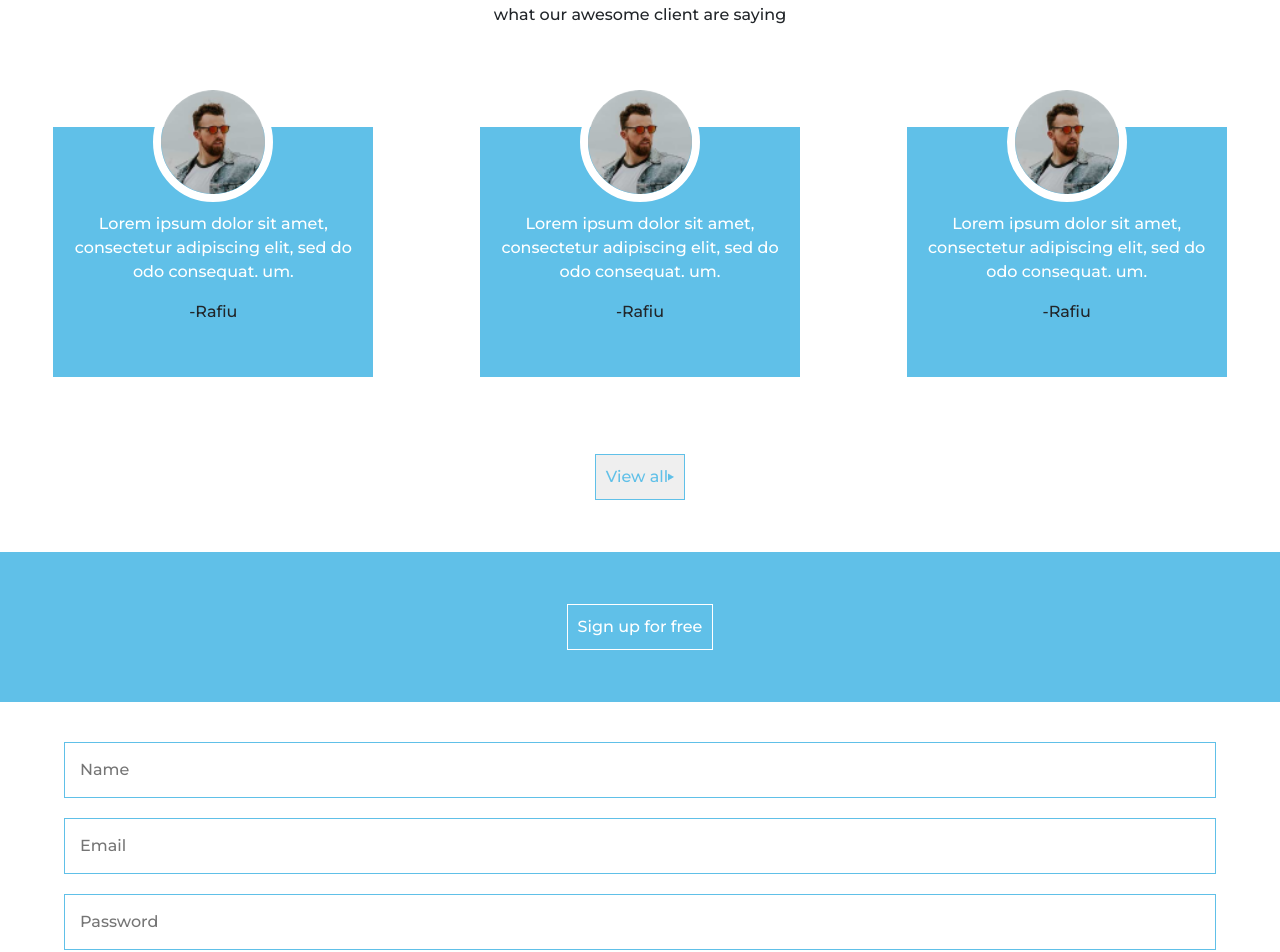
Repository: TiaraOluwanimi/team5
Page: tutor.html
The author's editor kept a copy of each file at every save. The page is drawn from the files as they stood at one save, then again after a run of saves.
The browser window is 1280 px wide. The pictures show the part of the page from y = 1936 to 2888 px (the page is 3256 px tall).
A picture or video elsewhere on the page could not be fetched, so the positions and the page height are approximate. Some web libraries are served in a nearby version.

Above is the page before, as saved 2020-08-08 12:09:03.

### tutor.html
<!DOCTYPE html>
<html lang="zxx">
  <head>
    <meta charset="UTF-8" />
    <meta name="viewport" content="width=device-width, initial-scale=1.0" />
    <title>Online Tutoring</title>
    <!-- Custom Css -->
    <link rel="stylesheet" href="./assets/css/header-footer.css" />
    <link rel="stylesheet" href="./assets/css/tutor.css" />
    <link rel="stylesheet" href="./assets/css/testimonial.css" />
    <!-- Favicon -->

    <!---------------------- CDNs----------------- -->
    <!-- Bootstrap CSS CDN -->
    <link
      rel="stylesheet"
      href="https://maxcdn.bootstrapcdn.com/bootstrap/4.0.0/css/bootstrap.min.css"
      integrity="sha384-Gn5384xqQ1aoWXA+058RXPxPg6fy4IWvTNh0E263XmFcJlSAwiGgFAW/dAiS6JXm"
      crossorigin="anonymous"
    />
    <!-- fontawesome CDN -->
    <!-- Google Font -->
    <link href="https://fonts.googleapis.com/css2?family=Montserrat:wght@500;600&display=swap" rel="stylesheet">
    <!-- Font Awesome -->
    <script src="https://kit.fontawesome.com/0f19ba4771.js" crossorigin="anonymous"></script>

</head>

<body>
    <!-- Welcome to this online tutoring website. 😊 -->
    <!--  Header  -->
    <nav class="nav1">
      <a href="#"><img src="./assets/img/logo.png" alt="" /></a>
      <div class="nav1div1">
        <img
          class="searchicon"
          onclick="displaySearchBar()"
          src="./assets/img/search.png"
          alt=""
        />
        <button class="nav1butt1">Log in</button>
        <button class="nav1butt2">Join for free</button>
      </div>
      <div class="nav1div2 display">
        <input
          class="searchbar"
          type="text"
          placeholder="Enter Text here"

        />
      </div>
    </nav>

    <!-- Landing Page -->
    <div class="div1">
        <img class="div1img1" src="./assets/img/hero-img.png" alt="">
        <div class="div1div1">
            <i class="fas fa-play-circle fa-2x div1img2"></i>
            &nbsp;&nbsp;&nbsp;
            <h3 class="div1hh1">TAKE A TOUR</h3>
        </div>
    </div>

    <div class="div2">
        <h1 class="div2hh1">
            LEARN ALL YOU WANT, AT YOUR OWN
            <span class="div2hh2">PACE.</span>
        </h1>
        <h4 class="div2hh3">
            Lorem ipsum dolor sit amet, consectetur
            adipiscing elit, sed do eiusmod tempor
            incididunt ut labore et dolore magna
            aliqua. Ut enim ad minim veniam, quis
            nostrud exercitation ullamco laboris nisi
            ut aliquip ex ea commodo consequat.
        </h4>
        <div class="div2div1">
            <button class="div2butt1">Get Started</button>
        </div>
    </div>
    <!-- join us section -->
    <section id="join-us" class="py-5" style="position: relative;">
        <div style="position: absolute; right: 0px; top:-10px;">
          <img src="./assets/img/Ellipse13.png" alt="" class="img-fluid" >
        </div>
        <div class="container">
          <div class="row">
            <div class="col-12 mx-auto text-center">
              <h4 class="mx-auto sec-head">
                <span><strong>Join Us</strong></span>
              </h4>
              <p>
                Join us for free classes taught by experts. And explore hundreds
                of free online classes.
              </p>
            </div>
            <div class="row py-3">
                <div class="col-md-4 text-center my-3">
                  <div class="box-shadow py-3">
                    <img
                      src="./assets/img/course.png"
                      alt=""
                      class="join-img img-fluid rounded-circle w-50"
                    />
                    <h4 class="my-5"><strong>Choose a Course</strong></h4>
                  </div>
                </div>
                <div class="col-md-4 text-center my-3">
                  <div class="box-shadow py-3">
                    <img
                      src="./assets/img/skillset.png"
                      alt=""
                      class="join-img img-fluid rounded-circle w-50"
                    />
                    <h4 class="my-5"><strong>Grow your skillset</strong></h4>
                  </div>
                </div>
                <div class="col-md-4 text-center my-3">
                  <div class="box-shadow py-3">
                    <img
                      src="./assets/img/mentorship.png"
                      alt=""
                      class="join-img img-fluid rounded-circle w-50"
                    />
                    <h4 class="my-5"><strong>Meet a mentor</strong></h4>
                  </div>
                </div>
                <button
                  class="btn btn-lg btn-outline-primary py-3 px-5 rounded-0 mx-auto"
                >
                  View All
                </button>
              </div>
            </div>
        </div>
          </section>

    <!-- service section -->
    <section id="services" class="py-5" style="position: relative;">
      <div style="position: absolute; left: 0px; top: -30px;">
        <img src="./assets/img/Ellipse10.png" alt="" />
      </div>
      <div
        style="position: absolute; right: 0px; top: 30%; transform: scale(-1);"
      >
        <img src="./assets/img/Ellipse10.png" alt="" />
      </div>
      <div class="container">
        <div class="row">
          <div class="col-12 mx-auto text-center">
            <h4 class="mx-auto sec-head">
              <span><strong>Services</strong></span>
            </h4>
            <p>
              Helping over 5,000 students reach their ultimate goals with our
              special packages.
            </p>
          </div>
        </div>
        <div class="row p-3">
          <div class="col-md-4 text-center py-3">
            <h4><strong>Get help, FAST</strong></h4>
            <img
              src="./assets/img/hourglass1.png"
              alt=""
              class="img-fluid w-25 my-3"
            />
            <p class="my-3" style="font-size: 14px;">
              Lorem ipsum dolor sit amet, consectetur adipiscing elit, sed do
              eiusmod tempor incididunt ut labore et dolore magna aliqua. Ut
              enim ad minim veniam, quis nostrud exercitation ullamco laboris
              nisi ut aliquip ex ea commodo consequat. um.
            </p>
            <h6 class="border py-3 px-1 mx-3 border-primary">
              Learn More <i></i>
            </h6>
          </div>
          <div class="col-md-4 text-center py-3">
            <h4><strong>Personalised tutoring</strong></h4>
            <img
              src="./assets/img/teacher1.png"
              alt=""
              class="img-fluid w-25 my-3"
            />
            <p class="my-3" style="font-size: 14px;">
              Lorem ipsum dolor sit amet, consectetur adipiscing elit, sed do
              eiusmod tempor incididunt ut labore et dolore magna aliqua. Ut
              enim ad minim veniam, quis nostrud exercitation ullamco laboris
              nisi ut aliquip ex ea commodo consequat. um.
            </p>
            <h6 class="border py-3 px-1 mx-3 border-primary">
              Learn More <i></i>
            </h6>
          </div>
          <div class="col-md-4 text-center py-3">
            <h4><strong>80+ Courses</strong></h4>
            <img
              src="./assets/img/test1.png"
              alt=""
              class="img-fluid w-25 my-3"
            />
            <p class="my-3" style="font-size: 14px;">
              Lorem ipsum dolor sit amet, consectetur adipiscing elit, sed do
              eiusmod tempor incididunt ut labore et dolore magna aliqua. Ut
              enim ad minim veniam, quis nostrud exercitation ullamco laboris
              nisi ut aliquip ex ea commodo consequat. um.
            </p>
            <h6 class="border py-3 px-1 mx-3 mx-lg-1 border-primary">
              Learn More <i></i>
            </h6>
          </div>
        </div>
      </div>
    </section>
    <!-- Testimonial section -->
    <section>
      <div>
        <div class="testimonial-heading">
          <div>
            <h4 class="mx-auto sec-head">
              <span><strong>Testimonials</strong></span>
            </h4>
          </div>
          <p>what our awesome client are saying</p>
        </div>
        <div  id="testimonial-details">
          <div class="testimonial-card col-3">
            <img src="./assets/img/Ellipse7.png" alt="">
            <div class="testimonial-statement">
              <p>Lorem ipsum dolor sit amet, consectetur adipiscing elit, sed do odo consequat. um.</p>
            </div>
            <p>-Rafiu</p>
          </div>
          <div class="testimonial-card col-3">
            <img src="./assets/img/Ellipse7.png" alt="">
            <div class="testimonial-statement">
              <p>Lorem ipsum dolor sit amet, consectetur adipiscing elit, sed do odo consequat. um.</p>
            </div>
            <p>-Rafiu</p>
          </div>
          <div class="testimonial-card col-3">
            <img src="./assets/img/Ellipse7.png" alt="">
            <div class="testimonial-statement">
              <p>Lorem ipsum dolor sit amet, consectetur adipiscing elit, sed do odo consequat. um.</p>
            </div>
            <p>-Rafiu</p>
          </div>

        </div>
        <div id="view-all-button">

          <button>View all<img src="./assets/img/polygonImg.png" alt="A play "/></button>
        </div>

        <div id="sign-button">

          <button>Sign up for free</button>
        </div>
        <div class="testimonial-container">
          <form >
            <input type="text" placeholder="Name">
            <input type="email" placeholder="Email">
            <input type="password" placeholder="Password">
            <button>Get Started</button>
          </form>
        </div>
      </div>
    </section>
    <!--  Footer  -->
    <footer class="footer1">
      <div class="footer1div1">
        <img class="footer1img1" src="./assets/img/logo.png" alt="" />
        <h5 class="footer1hh1">Learn</h5>
      </div>

      <div class="footer1div2">
        <div class="footer1div3">
          <h4 class="footer1hh2">Learn</h4>
          <a href="" class="footer1link1"
            ><h5 class="footer1hh3">courses</h5></a
          >
          <a href="" class="footer1link1"
            ><h5 class="footer1hh3">Early Access courses</h5></a
          >
          <a href="" class="footer1link1"
            ><h5 class="footer1hh3">Edpresso</h5></a
          >
          <a href="" class="footer1link1"
            ><h5 class="footer1hh3">Subscriptions</h5></a
          >
        </div>
        <div class="footer1div4">
          <h4 class="footer1hh2">Scholarship</h4>
          <a href="" class="footer1link1"
            ><h5 class="footer1hh3">for students</h5></a
          >
          <a href="" class="footer1link1"
            ><h5 class="footer1hh3">for educators</h5></a
          >
          <a href="" class="footer1link1"
            ><h5 class="footer1hh3">COVID scholarship</h5></a
          >
        </div>
        <div class="footer1div5">
          <h4 class="footer1hh2">Conribute</h4>
          <a href="" class="footer1link1"
            ><h5 class="footer1hh3">Become an author</h5></a
          >
          <a href="" class="footer1link1"
            ><h5 class="footer1hh3">published author</h5></a
          >
          <a href="" class="footer1link1"
            ><h5 class="footer1hh3">Become an affiliate</h5></a
          >
        </div>
      </div>

      <div class="footer1div6">
        <h4 class="footer1hh2 redd">Socials</h4>
        <a href="#"><img src="./assets/img/whatsapp.png" alt="" /></a>
        <a href="#"><img src="./assets/img/instagram.png" alt="" /></a>
      </div>

      <h4 class="footer1hh4">
        copyright 2020 Learn, inc. All rights reserved
      </h4>
    </footer>

    <!---------------------- CDNs----------------- -->
    <!-- jQuery CDN -->
    <script
      src="https://code.jquery.com/jquery-3.2.1.slim.min.js"
      integrity="sha384-KJ3o2DKtIkvYIK3UENzmM7KCkRr/rE9/Qpg6aAZGJwFDMVNA/GpGFF93hXpG5KkN"
      crossorigin="anonymous"
    ></script>
    <!-- ajax CDN -->
    <script
      src="https://cdnjs.cloudflare.com/ajax/libs/popper.js/1.12.9/umd/popper.min.js"
      integrity="sha384-ApNbgh9B+Y1QKtv3Rn7W3mgPxhU9K/ScQsAP7hUibX39j7fakFPskvXusvfa0b4Q"
      crossorigin="anonymous"
    ></script>
    <!-- BootstrapJS CDN -->
    <script
      src="https://maxcdn.bootstrapcdn.com/bootstrap/4.0.0/js/bootstrap.min.js"
      integrity="sha384-JZR6Spejh4U02d8jOt6vLEHfe/JQGiRRSQQxSfFWpi1MquVdAyjUar5+76PVCmYl"
      crossorigin="anonymous"
    ></script>
    <!-- Custom Javascript Links -->
    <script src="./assets/js/tutor.js"></script>
  </body>
</html>

### assets/css/header-footer.css

/*  Header Navbar */
body{
  margin: 0;
}
.nav1{
   margin: 10px;
}
.nav1div1{
    display: inline;
    float: right;
}
.nav1butt1{
    color: #212121;
    border-color: #212121;
    border-width: 1px;
    background-color: #FFFFFF;
    padding: 7px 7px;
    font-family: 'Montserrat', sans-serif;
    font-weight: 500;
    outline: none;
    margin-left: 35px;
}
.nav1butt2{
    color: #FFFFFF;
    border-color: #60C0E8;
    border: none;
    background-color: #60C0E8;
    padding: 8px 7px;
    font-family: 'Montserrat', sans-serif;
    font-weight: 500;
    outline: none;
    margin-left: 8px;
}
.nav1butt1:hover{
    background-color: #f0f0f0;
      cursor: pointer;
}
.nav1butt2:hover{
    background-color: #60adce;
    cursor: pointer;
}
.searchicon:hover{
    cursor: pointer;
}
.nav1div2{
    text-align: center;
    width: 100%;
    margin-top: 10px;
}
.searchbar{
    width: 60%;
    font-family: 'Montserrat', sans-serif;
    outline: none;
    border-radius: 10px;
    padding: 10px;
    border-width: 1px;
}
.footer1link1{
    text-decoration: none;
}
.display{
    display: none;
}



/*  Footer  */
.footer1{
    padding: 10px;
    background-color: #F5F5F5;
}
.footer1div1{
    text-align: center;
}
.footer1hh1{
    margin-top: 0px;
    font-family: 'Montserrat', sans-serif;
    color: #60C0E8;
    font-weight: 600;
}
.footer1div2{
    display: flex;
    flex-direction:row;
    justify-content: space-evenly;
}
.footer1hh2{
    font-family: 'Montserrat', sans-serif;
    color: #60C0E8;
    font-weight: 600;
}
.footer1hh3{
    font-family: 'Montserrat', sans-serif;
    color: #212121;
    font-weight: normal;
}
.footer1div6{
    text-align: center;
    margin-top: -50px;
}
.redd{
    margin-bottom: 5px;
}
.footer1hh4{
    text-align: center;
    font-family: 'Montserrat', sans-serif;
    color: #212121;
    font-style: normal;
    font-weight: 500;
}

/* Footer Media Queries */
@media only screen and (max-width: 399px) {
    .footer1div2{
        flex-direction: column;
        align-items: center;
    }
    .footer1div6{
        text-align: center;
        margin-top: -10px;
    }
}

### assets/css/tutor.css
* {
  font-family: "Montserrat", sans-serif;
}
.div1 {
  margin: 10px;
  text-align: center;
}
.div1div1 {
  width: 100%;
  display: flex;
  justify-content: center;
  background-color: #60c0e8;
  margin-top: -5px;
}
.div1img1 {
  width: 100%;
  height: 350px;
}
.div1img2 {
  padding-top: 15px;
  color: #ffffff;
}
.div1div1:hover {
  background-color: #60adce;
  cursor: pointer;
}
.div1hh1 {
  font-family: "Montserrat", sans-serif;
  font-weight: 600;
  color: #ffffff;
}

.div2 {
  margin: 10px;
}
.div2hh1 {
  font-family: "Montserrat", sans-serif;
  text-align: center;
  color: #3a3a3a;
  font-weight: bold;
}
.div2hh2 {
  color: #60c0e8;
}
.div2hh3 {
  font-family: "Montserrat", sans-serif;
  text-align: center;
  color: #000000;
  font-weight: 500;
}
.div2div1 {
  text-align: center;
}
.div2butt1 {
  background-color: #60c0e8;
  font-weight: 500;
  color: #ffffff;
  border: none;
  outline: none;
  padding: 15px 30px;
  font-size: large;
}
.div2butt1:hover {
  background-color: #60adce;
  cursor: pointer;
}

/* this handles the line in each section heading  */
.sec-head {
  width: 30%;
  text-align: center;
  border-bottom: 2px solid #000;
  line-height: 0.1em;
  margin: 10px 0 20px;
}
.sec-head span {
  background: #fff;
  padding: 0 10px;
}
/* join us images border */
.join-img {
  border: 5px solid #60c0e8 !important;
}
/* box shadow */
.box-shadow {
  box-shadow: 0px 5px 30px 0.5px #e6e6e6;
}
.box-shadow:hover {
  box-shadow: 0px 5px 30px 5px #c7c7c7;
}

@media screen and (max-width: 320px) {
  .sec-head {
    width: 70%;
  }
}

### assets/css/testimonial.css
.testimonial-heading{
    text-align:center;
    margin-bottom: 50px;;
}
.testimonial-card{
    text-align: center;
    height:250px;
    width:500px;
    padding:15px;
    position: relative;
    background-color: #60C0E8;
    margin: 50px 20px 25px;


}
.testimonial-card img{
    margin-top:-60px;

    width:120px;
    border: 8px solid white;
    border-radius: 100%;

}
.testimonial-statement{
    color:#fff;
    margin:10px 0;
}
#testimonial-details{
    display:flex;
    justify-content: space-around;
    flex-wrap:nowrap;
    overflow-x: scroll;
}
.testimonial-container{
    width:90%;
    margin:0 auto;
    overflow: hidden;
}

#sign-button{
    background: #60C0E8;
    width:100%;
    height:150px;
    display: flex;
    align-items: center;
    justify-content: center;
}
#sign-button button{
    background:#60C0E8;
    color:#fff;
    padding:10px;
    border:1px solid #fff;
    transition: ease 1s;
}
#sign-button button:hover{
    background:#fff;
    color:#60C0E8;
  ;
}
#view-all-button{

    width:100%;
    height:150px;
    display: flex;
    align-items: center;
    justify-content: center;
}
#view-all-button button{

    color:#60C0E8;
    padding:10px;
    border:1px solid #60C0E8;
    transition: ease 1s;
}
#view-all-button button:hover{
    background:#fff;
    color:#60C0E8;
  ;
}
form{
    box-sizing: border-box;
    margin:30px 0;
}
form input{
    width:100%;
    margin:10px 0;
    padding:15px;
    border: 1px solid #60C0E8;
    box-sizing: border-box;
}

form button{
    width:200px;
    margin: 0 auto;
    background: #60C0E8;
    color:#fff;
    padding:10px;
    border:none;
}

### assets/js/tutor.js

function displaySearchBar(){
    document.querySelector(".nav1div2").classList.toggle("display");
}

After the next 2 saves:
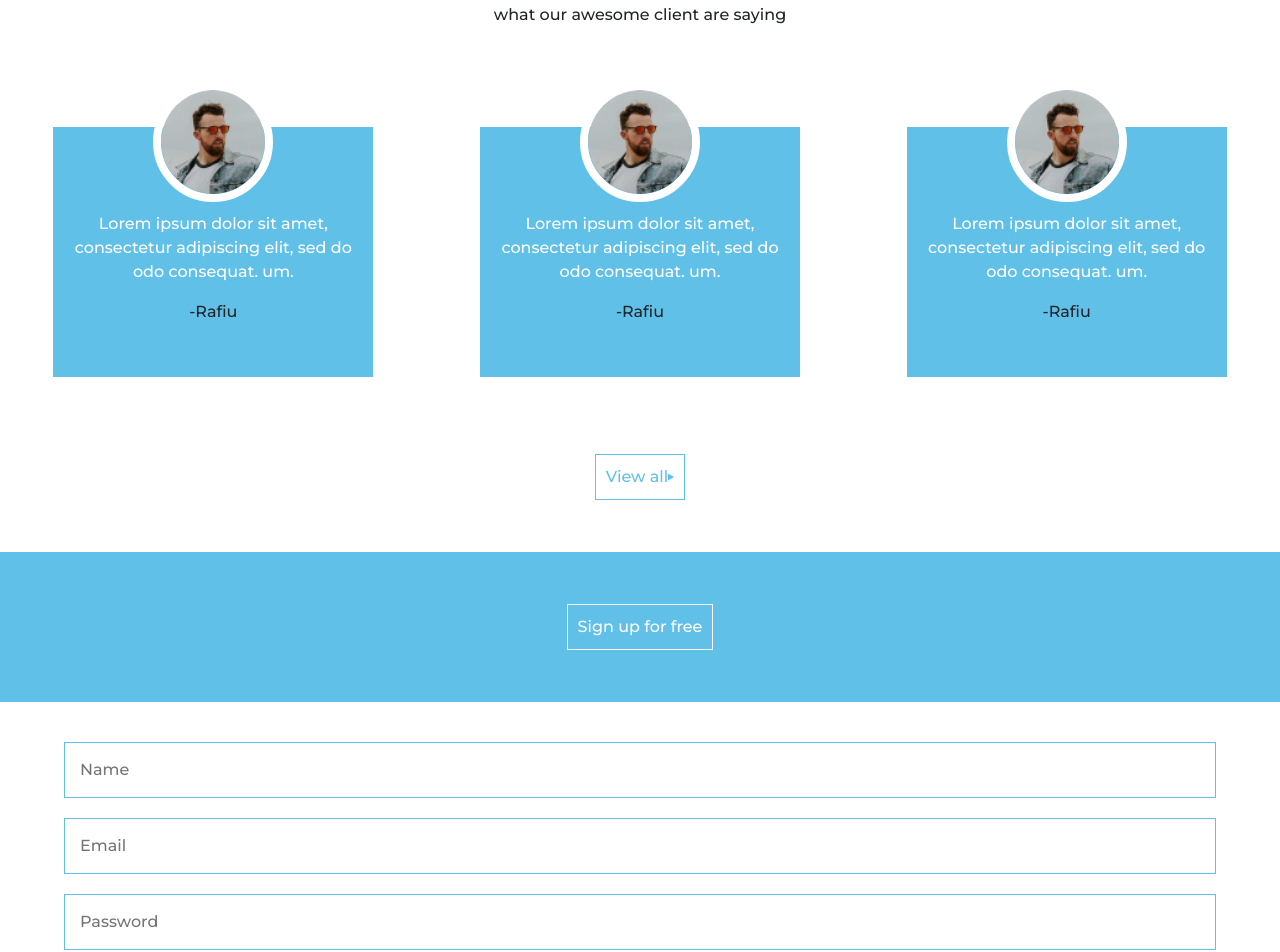
The 2 saves are shown as one change because they came seconds apart.
The last was saved 24 s later.
--- a/assets/css/testimonial.css
+++ b/assets/css/testimonial.css
@@ -66,7 +66,7 @@
     justify-content: center;
 }
 #view-all-button button{
-
+    background: #fff;
     color:#60C0E8;
     padding:10px;
     border:1px solid #60C0E8;
